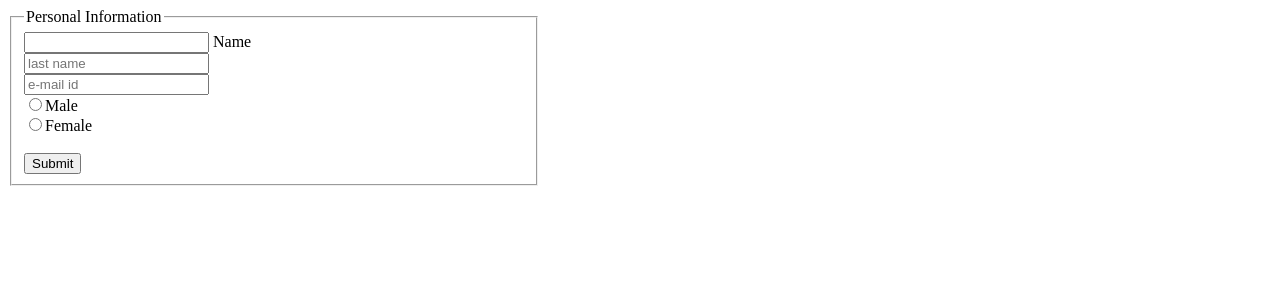
Repository: sauran/SapientTraining
Page: DemoProject/WebContent/Signup.html
An editor plug-in stored every save of this project. The page is shown before and after the next save, followed by the edit.
The browser window is 1280 px wide. The pictures show the whole page.

Above is the page before, as saved 2015-09-15 10:20:14.

After the next save:
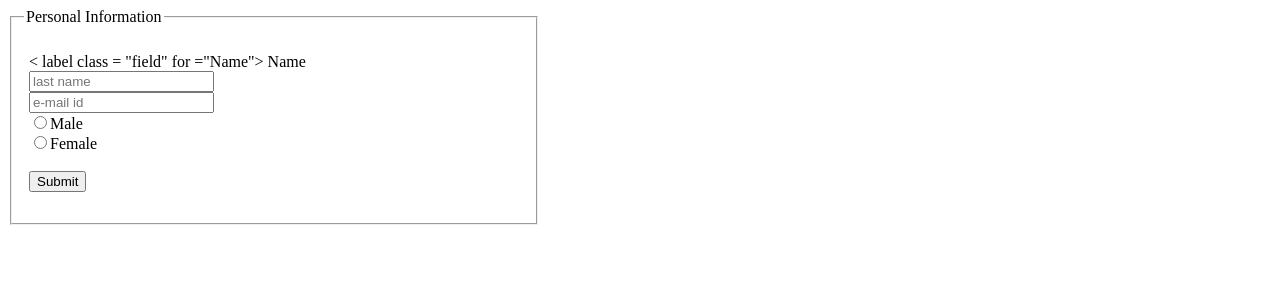
Saved 39 s later.
--- a/DemoProject/WebContent/Signup.html
+++ b/DemoProject/WebContent/Signup.html
@@ -38,7 +38,7 @@
 
 <fieldset >
 <legend> Personal Information</legend>
-<input label class = "field"  for ="Name"> Name</label><br>
+<p>< label class = "field"  for ="Name"> Name</label><br>
 <input type = "text" name= "LastName" placeholder= "last name"><br>
 <input type = "text" name= "e-mail id " placeholder= "e-mail id"><br>
 <input type="radio" name="sex" value="male" >Male
